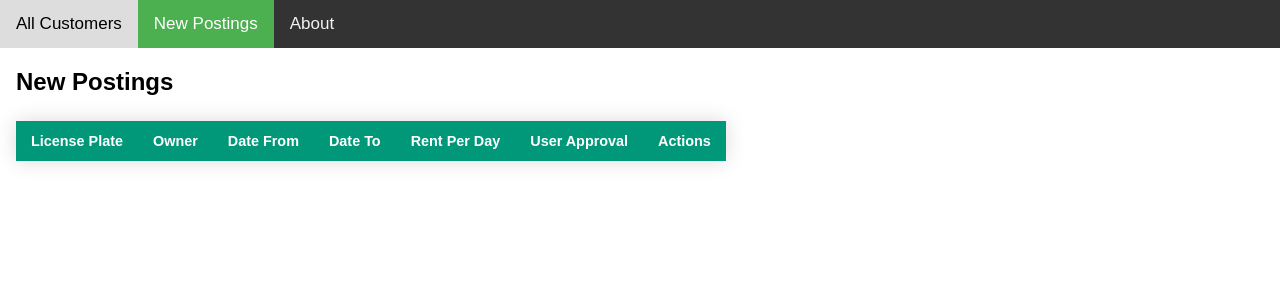
Repository: Gurvansh777/ToCarCar-Backend
Page: ToCarCar/templates/admin_new_postings.html
The author's editor kept a record of every edit. The page is drawn from the files as they stood at one moment, then again after the next edit.
The browser window is 1280 px wide. The pictures show the whole page.
The page is served by the project's application, run on Flask 3 (ToCarCar/index.py). Other server files are loaded and not shown. The template is opened directly, without the code that normally fills it, so the values that code supplies are empty.

Above is the page before.

### ToCarCar/templates/admin_new_postings.html
<html>
  <head>
    <meta name="viewport" content="width=device-width, initial-scale=1">
    <style>
      body {
        margin: 0;
        font-family: Arial, Helvetica, sans-serif;
      }

      .topnav {
        overflow: hidden;
        background-color: #333;
      }

      .topnav a {
        float: left;
        color: #f2f2f2;
        text-align: center;
        padding: 14px 16px;
        text-decoration: none;
        font-size: 17px;
      }

      .topnav a:hover {
        background-color: #ddd;
        color: black;
      }

      .topnav a.active {
        background-color: #4CAF50;
        color: white;
      }


      .styled-table {
      	border-collapse: collapse;
      	margin: 25px 0;
      	font-size: 0.9em;
      	font-family: sans-serif;
      	min-width: 400px;
      	box-shadow: 0 0 20px rgba(0, 0, 0, 0.15);
      }

      .styled-table thead tr {
      	background-color: #009879;
      	color: #ffffff;
      	text-align: left;
      }

      .styled-table th,
      .styled-table td {
      	padding: 12px 15px;
      }

      .styled-table tbody tr {
      	border-bottom: 1px solid #dddddd;
      }

      .styled-table tbody tr:nth-of-type(even) {
      	background-color: #f3f3f3;
      }

      .styled-table tbody tr:last-of-type {
      	border-bottom: 2px solid #009879;
      }

      .styled-table tbody tr.active-row {
      	font-weight: bold;
      	color: #009879;
      }


    </style>
  </head>

  <body>
    <div class="topnav">
      <a href="{{url_for('admin_bp.admin_allUsers')}}">All Customers</a>
      <a class="active" href="{{url_for('admin_bp.admin_allPostings')}}">New Postings</a>
      <a href="#about">About</a>
    </div>

    <div style="padding-left:16px">
      <h2>New Postings</h2>
      <table class="styled-table">
        <thead>
        <tr>
          <th>License Plate</th>
          <th>Owner</th>
          <th>Date From</th>
          <th>Date To</th>
          <th>Rent Per Day</th>
          <th>User Approval</th>
          <th>Actions</th>
        </tr>
        </thead>
        <tbody>
          {%for posting in allPostings%}
            <tr>
              <td>{{posting['licensePlate']}}</td><td> {{posting['ownerEmail']}}</td>
              <td>{{posting['dateFrom']}}</td><td>{{posting['dateTo']}}</td>
              <td>{{posting['rentPerDay']}}</td>
                {% if posting.isApproved == 1 %}
                  <td style="font-size:1em;color:yellowgreen">Approved </td>
                  <td>
                    <a class ="btn btn-primary" href="#">Unapprove Posting</a>
                  </td>
                {% else %}
                  <td style="font-size:1em;color:red">Not Approved </td>
                  <td>
                    <a class ="btn btn-primary" href="#">Approve Posting</a>
                  </td>
                {% endif %}
            </tr>
        	{% endfor %}
        </tbody>      </table>
    </div>

  </body>
</html>

### ToCarCar/index.py
from flask import Flask, render_template, request
from user_management import *

app = Flask(__name__)

#expose /
@app.route('/', methods = ['GET'])
def init():
    return "Welcome to 2CarCar"

#if GET show index else process new user
@app.route('/adduser', methods = ['GET', 'POST'])
def main():
    if request.method == 'POST':
        first_name = request.form.get('firstName', 'Default')
        last_name = request.form.get('lastName', 'Default')
        email = request.form.get('email', 'Default')
        password = request.form.get('password', 'Default')

        return add_user(first_name, last_name, email, password) #in user_management.py
    else:
        return render_template('index.html')

#expose /checkuser
@app.route('/checkuser', methods = ['POST'])
def check_user():
    if request.method == 'POST':
        email = request.form.get('email', 'Default')
        password = request.form.get('password', 'Default')

        return check_credentials(email, password) #in user_management.py
    else:
        return render_template('index.html')


if __name__ == '__main__':
    app.run(host='0.0.0.0',debug=True)

After the next edit:
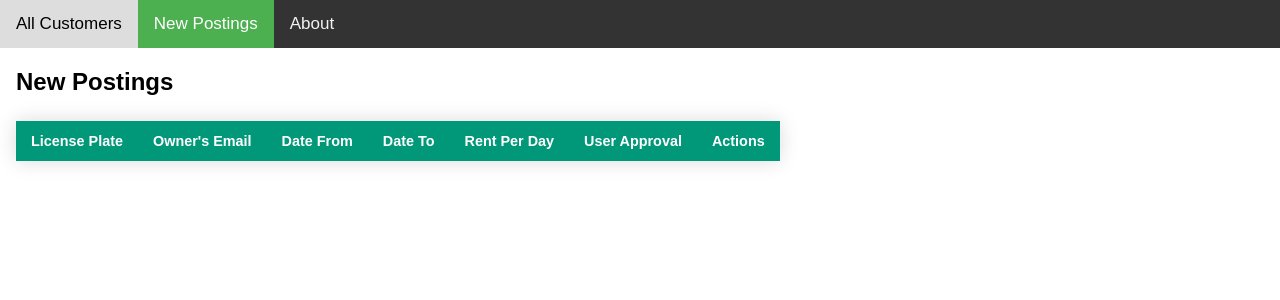
The edit:
--- a/ToCarCar/templates/admin_new_postings.html
+++ b/ToCarCar/templates/admin_new_postings.html
@@ -86,7 +86,7 @@
         <thead>
         <tr>
           <th>License Plate</th>
-          <th>Owner</th>
+          <th>Owner's Email</th>
           <th>Date From</th>
           <th>Date To</th>
           <th>Rent Per Day</th>
